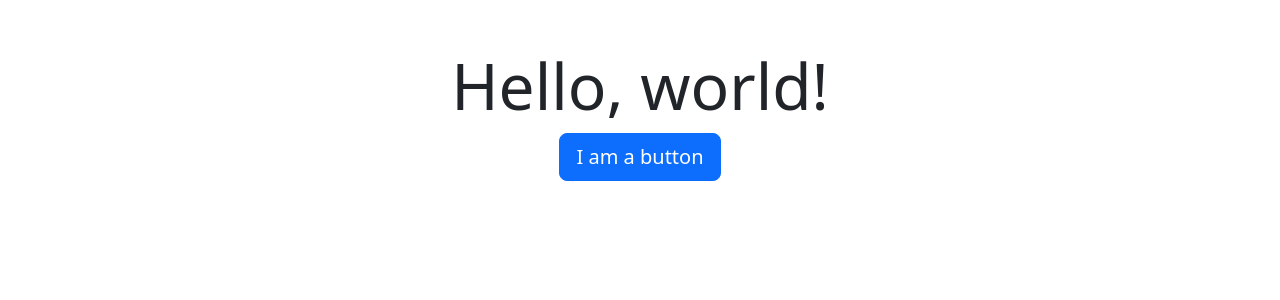
Repository: maikel-mattiu/notes-app
Page: /
These files come from the project's save history. The page is drawn as it stood at one moment and after the next save; the edit follows.
The browser window is 1280 px wide. The pictures show the whole page.
The project was rebuilt for these pictures with package versions that can differ from the ones it lists, and the page was loaded fresh each time. Also part of the build but not shown: vite.config.js, src/index.css.

Above is the page before, as saved 2024-06-29 18:57:33.

### src/main.jsx
import React from "react"
import ReactDOM from "react-dom/client"
import App from "./App.jsx"
import "./index.css"
import "bootstrap/dist/css/bootstrap.css"

ReactDOM.createRoot(document.getElementById("root")).render(
	<React.StrictMode>
		<App />
	</React.StrictMode>
)

### src/App.jsx
/* eslint-disable no-unused-vars */
import React from "react"
import Container from "react-bootstrap/Container"
import Button from "react-bootstrap/Button"

function App() {
	return (
		<Container
			className="d-flex align-items-center justify-content-center flex-column my-5"
			fluid
		>
			<h1 className="display-3">Hello, world!</h1>
			<Button
				variant="primary"
				size="lg"
			>
				I am a button
			</Button>
		</Container>
	)
}

export default App

### src/AddNote.jsx
/* eslint-disable react/prop-types */
/* eslint-disable no-unused-vars */
import React from "react"
import { Modal, Button, Form } from "react-bootstrap"

function AddNote(props) {
	return (
		<Modal
			{...props}
			size="lg"
			aria-labelledby="contained-modal-title-vcenter"
			centered
		>
			<Form.Group controlId="addNote.Title">
				<Modal.Header closeButton>
					<Form.Control
						type="text"
						placeholder="Title"
					/>
				</Modal.Header>
				<Modal.Body>
					<Form.Group
						className="mb-3"
						controlId="addNote.Body"
					>
						<Form.Label>Example textarea</Form.Label>
						<Form.Control
							as="textarea"
							rows={3}
						/>
					</Form.Group>
				</Modal.Body>
				<Modal.Footer>
					<Button onClick={props.onHide}>Close</Button>
					<Button onClick={props.onHide}>Save Changes</Button>
				</Modal.Footer>
			</Form.Group>
		</Modal>
	)
}

export default AddNote

Loaded but not shown: index.html (common file)

After the next save:
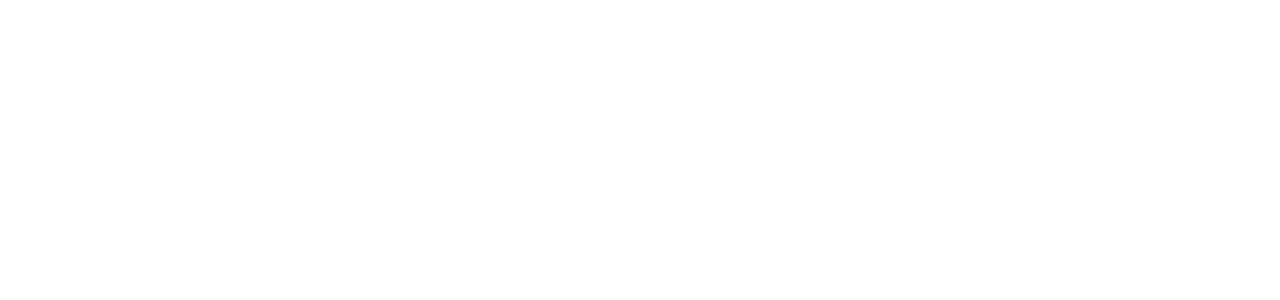
Console error: ReferenceError: MyVerticallyCenteredModal is not defined
Saved 73 s later.
--- a/src/App.jsx
+++ b/src/App.jsx
@@ -4,19 +4,22 @@
 import Button from "react-bootstrap/Button"
 
 function App() {
+	const [modalShow, setModalShow] = React.useState(false)
+
 	return (
-		<Container
-			className="d-flex align-items-center justify-content-center flex-column my-5"
-			fluid
-		>
-			<h1 className="display-3">Hello, world!</h1>
+		<>
 			<Button
 				variant="primary"
-				size="lg"
+				onClick={() => setModalShow(true)}
 			>
-				I am a button
+				Launch vertically centered modal
 			</Button>
-		</Container>
+
+			<MyVerticallyCenteredModal
+				show={modalShow}
+				onHide={() => setModalShow(false)}
+			/>
+		</>
 	)
 }
 

After the save that followed:
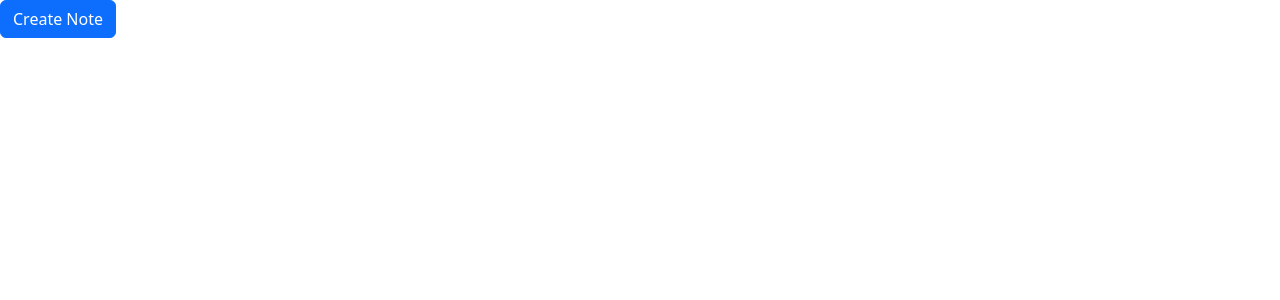
The error is gone.
Saved 61 s later.
--- a/src/App.jsx
+++ b/src/App.jsx
@@ -2,6 +2,7 @@
 import React from "react"
 import Container from "react-bootstrap/Container"
 import Button from "react-bootstrap/Button"
+import AddNote from "./AddNote"
 
 function App() {
 	const [modalShow, setModalShow] = React.useState(false)
@@ -12,10 +13,10 @@
 				variant="primary"
 				onClick={() => setModalShow(true)}
 			>
-				Launch vertically centered modal
+				Create Note
 			</Button>
 
-			<MyVerticallyCenteredModal
+			<AddNote
 				show={modalShow}
 				onHide={() => setModalShow(false)}
 			/>
